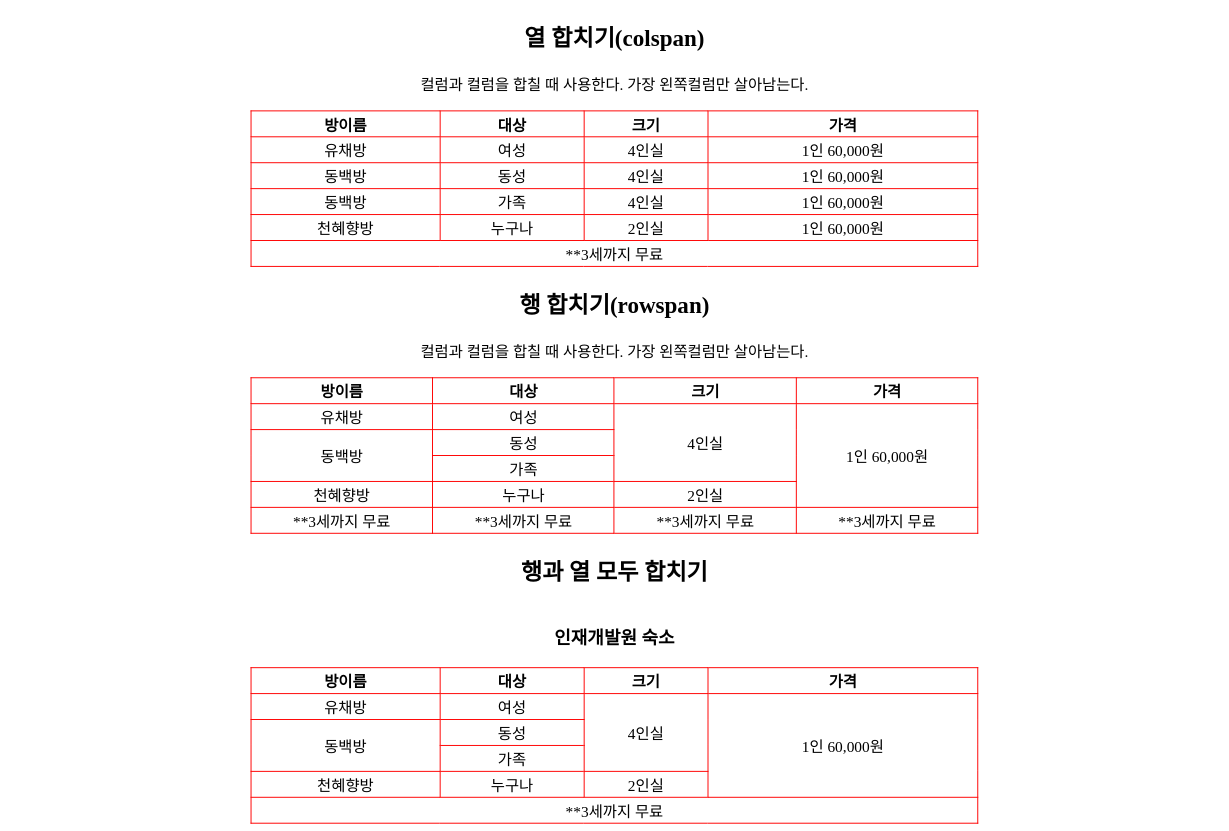
Repository: claddds/2023_webstudy
Page: 01_html/src/main/webapp/day03/ex01_table_span.html
These files come from the project's save history. The page is drawn as it stood at one moment and after the next save; the edit follows.
The browser window is 1280 px wide. The pictures show the whole page, at 96% of full size.

Above is the page before, as saved 2023-06-21 01:14:11.

### 01_html/src/main/webapp/day03/ex01_table_span.html
<!DOCTYPE html>
<html>
<head>
<meta charset="UTF-8">
<title>table_span</title>
<style type="text/css">
	h2,p{
		text-align: center;
	}
	table{
		width:60%;
		margin:auto;
	}
	table,th,td{
		border: 1px solid red;
		border-collapse: collapse;
		text-align: center;
	}
</style>
</head>
<body>
	<!--
		열합치기(좌우): colspan = "합쳐질 숫자"
		가장 왼쪽만 살아 남아서 합치기를 한다.
		행합치기(상하): rowspan = "합쳐질 숫자"
		가장 위쪽만 살아 남아서 합치기를 한다.
	-->
	<h2>열 합치기(colspan)</h2>
	<p>컬럼과 컬럼을 합칠 때 사용한다. 가장 왼쪽컬럼만 살아남는다.</p>
	<table>
		<thead>
			<tr><th>방이름</th><th>대상</th><th>크기</th><th>가격</th></tr>
		</thead>
		<tbody>
			<tr>
				<td>유채방</td><td>여성</td><td>4인실</td><td>1인 60,000원</td>
			</tr>
			<tr>
				<td>동백방</td><td>동성</td><td>4인실</td><td>1인 60,000원</td>
			</tr>
			<tr>
				<td>동백방</td><td>가족</td><td>4인실</td><td>1인 60,000원</td>
			</tr>
			<tr>
				<td>천혜향방</td><td>누구나</td><td>2인실</td><td>1인 60,000원</td>
			</tr>
		</tbody>
		<tfoot>
			<tr>
				<td colspan="4">**3세까지 무료</td>
			</tr>
		</tfoot>
	</table>

	<h2>행 합치기(rowspan)</h2>
	<p>컬럼과 컬럼을 합칠 때 사용한다. 가장 왼쪽컬럼만 살아남는다.</p>
	<table>
		<thead>
			<tr><th>방이름</th><th>대상</th><th>크기</th><th>가격</th></tr>
		</thead>
		<tbody>
			<tr>
				<td>유채방</td><td>여성</td><td rowspan="3">4인실</td><td rowspan="4">1인 60,000원</td>
			</tr>
			<tr>
				<td rowspan="2">동백방</td><td>동성</td>
			</tr>
			<tr>
				<td>가족</td>
			</tr>
			<tr>
				<td>천혜향방</td><td>누구나</td><td>2인실</td>
			</tr>
		</tbody>
		<tfoot>
			<tr>
				<td>**3세까지 무료</td><td>**3세까지 무료</td><td>**3세까지 무료</td><td>**3세까지 무료</td>
			</tr>
		</tfoot>
	</table>

	<h2>행과 열 모두 합치기</h2>
	<table>
		<caption><h3>인재개발원 숙소</h3></caption>
		<thead>
			<tr><th>방이름</th><th>대상</th><th>크기</th><th>가격</th></tr>
		</thead>
		<tbody>
			<tr>
				<td>유채방</td><td>여성</td><td rowspan="3">4인실</td><td rowspan="4">1인 60,000원</td>
			</tr>
			<tr>
				<td rowspan="2">동백방</td><td>동성</td>
			</tr>
			<tr>
				<td>가족</td>
			</tr>
			<tr>
				<td>천혜향방</td><td>누구나</td><td>2인실</td>
			</tr>
		</tbody>
		<tfoot>
			<tr>
				<td colspan="4">**3세까지 무료</td>
			</tr>
		</tfoot>
	</table>
</body>
</html>

After the next save:
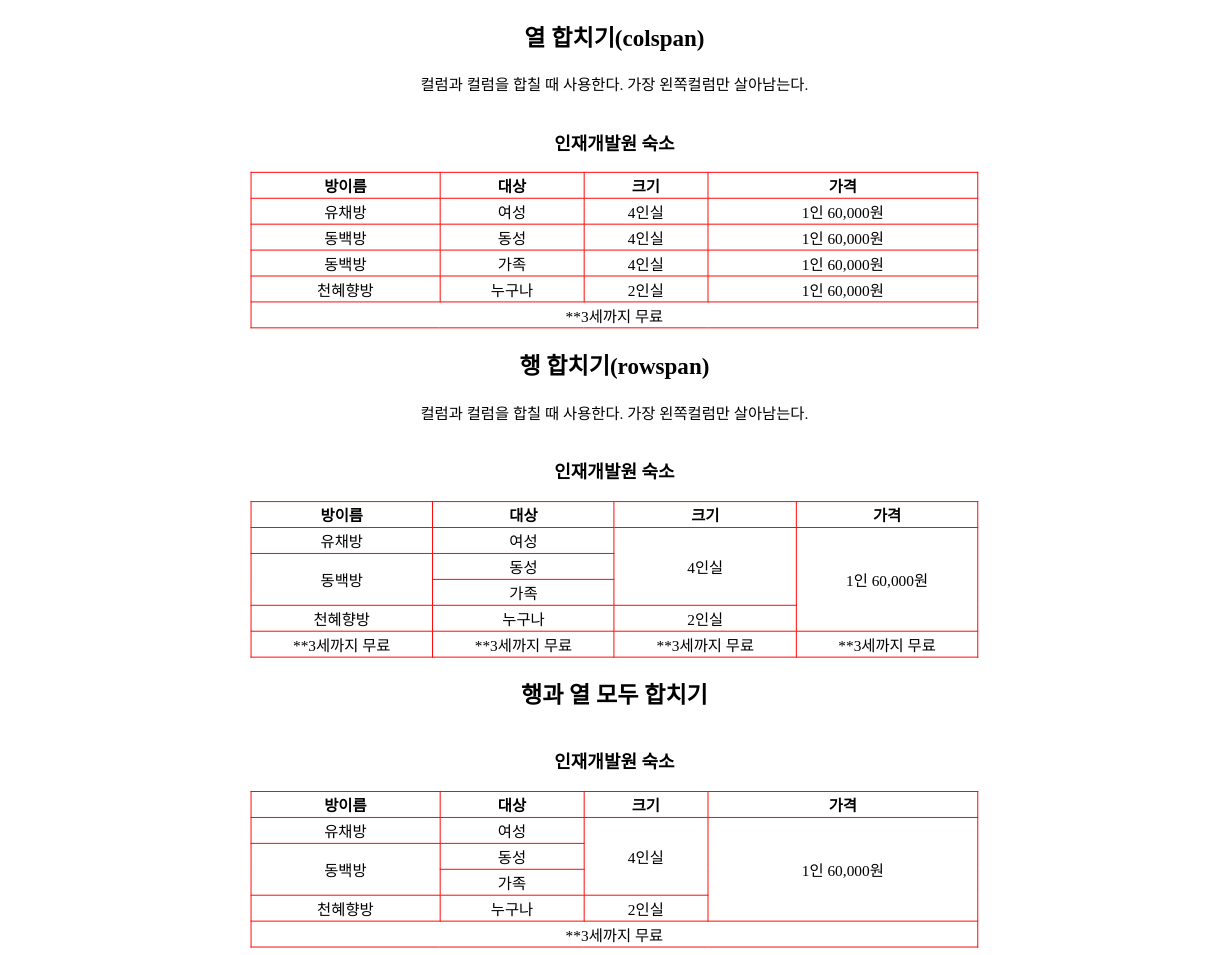
Saved 3 min 31 s later.
--- a/01_html/src/main/webapp/day03/ex01_table_span.html
+++ b/01_html/src/main/webapp/day03/ex01_table_span.html
@@ -24,10 +24,14 @@
 		가장 왼쪽만 살아 남아서 합치기를 한다.
 		행합치기(상하): rowspan = "합쳐질 숫자"
 		가장 위쪽만 살아 남아서 합치기를 한다.
+
+		<caption>태그는 테이블, 사진, 삽화등에 붙이는 설명을 정의할 때 사용
+		가운데 정렬
 	-->
 	<h2>열 합치기(colspan)</h2>
 	<p>컬럼과 컬럼을 합칠 때 사용한다. 가장 왼쪽컬럼만 살아남는다.</p>
 	<table>
+		<caption><h3>인재개발원 숙소</h3></caption>
 		<thead>
 			<tr><th>방이름</th><th>대상</th><th>크기</th><th>가격</th></tr>
 		</thead>
@@ -55,6 +59,7 @@
 	<h2>행 합치기(rowspan)</h2>
 	<p>컬럼과 컬럼을 합칠 때 사용한다. 가장 왼쪽컬럼만 살아남는다.</p>
 	<table>
+		<caption><h3>인재개발원 숙소</h3></caption>
 		<thead>
 			<tr><th>방이름</th><th>대상</th><th>크기</th><th>가격</th></tr>
 		</thead>
